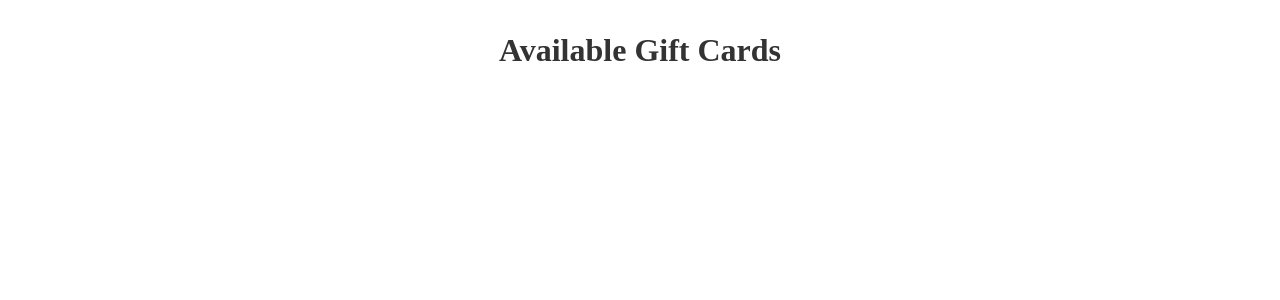
Repository: Hedley01/giftcard-store
Page: index.html
An editor plug-in stored every save of this project. The page is shown before and after the next save, followed by the edit.
The browser window is 1280 px wide. The pictures show the whole page.

Above is the page before, as saved 2025-07-01 03:00:18.

### index.html
<!DOCTYPE html>
<html lang="en">
    <head>
        <meta charset="UTF-8">
        <meta name="viewport" content="width=device-width, initial-scale=1.0">
        <link rel="stylesheet" href="styles.css"/>
        <title>GiftCardsTT</title>
    </head>
    <body>
        <h1 class="page-title">Available Gift Cards</h1>
        <div class="grid-container" id="products-grid">
            <!-- Cards will be injected here via JS-->
        </div>
    <script src="script.js"></script>
    </body>
</html>

### styles.css


.page-title{
    text-align: center;
    color: #333;
    margin-top: 2rem;
    font-size: 2rem;
}

.grid-container{
    display: grid;
    grid-template-columns: repeat(auto-fit,minmax(250px, 1fr));
    gap:1.5rem;
    padding: 2rem;
    max-width: 1000px;
    margin: 0 auto;
}
.card {
  background-color: #f8f8f8;
  border-radius: 12px;
  padding: 1rem;
  box-shadow: 0 2px 10px rgba(0,0,0,0.1);
  text-align: center;
}

.card img {
  max-width: 100%;
  height: auto;
  border-radius: 8px;
}

.card h2 {
  font-size: 1.2rem;
  margin: 0.5rem 0;
}

.card p {
  color: #555;
  margin: 0;
}

### script.js

var Int=50;

After the next save:
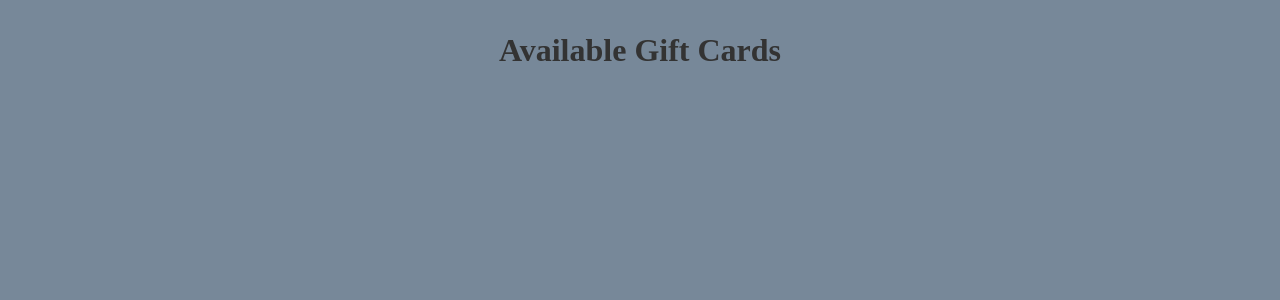
Saved 32 min 32 s later.
--- a/styles.css
+++ b/styles.css
@@ -1,4 +1,6 @@
-
+body{
+    background-color: lightslategray;
+}
 
 .page-title{
     text-align: center;
